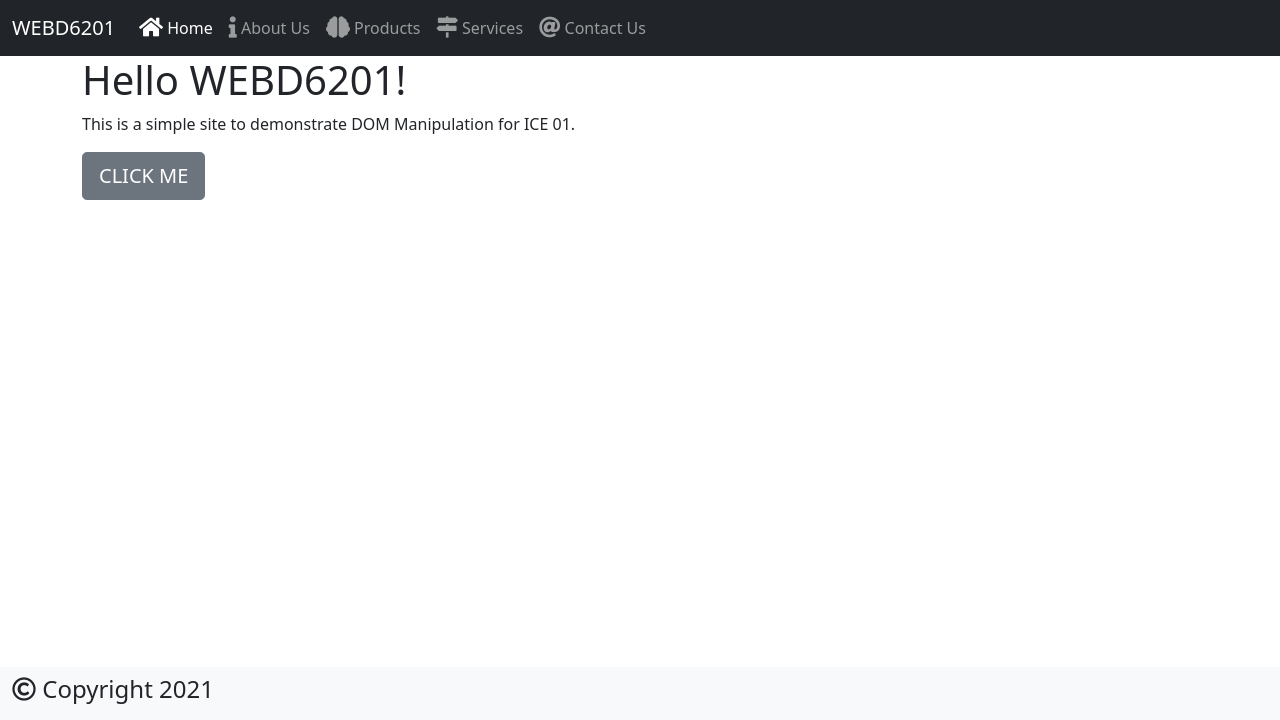
Repository: GarlicButterBoy/WEBD6201-Week1
Page: index.html
An editor plug-in stored every save of this project. The page is shown before and after the next save, followed by the edit.
The browser window is 1280 px wide. The pictures show the whole page.

Above is the page before, as saved 2021-01-20 09:42:09.

After the next save:
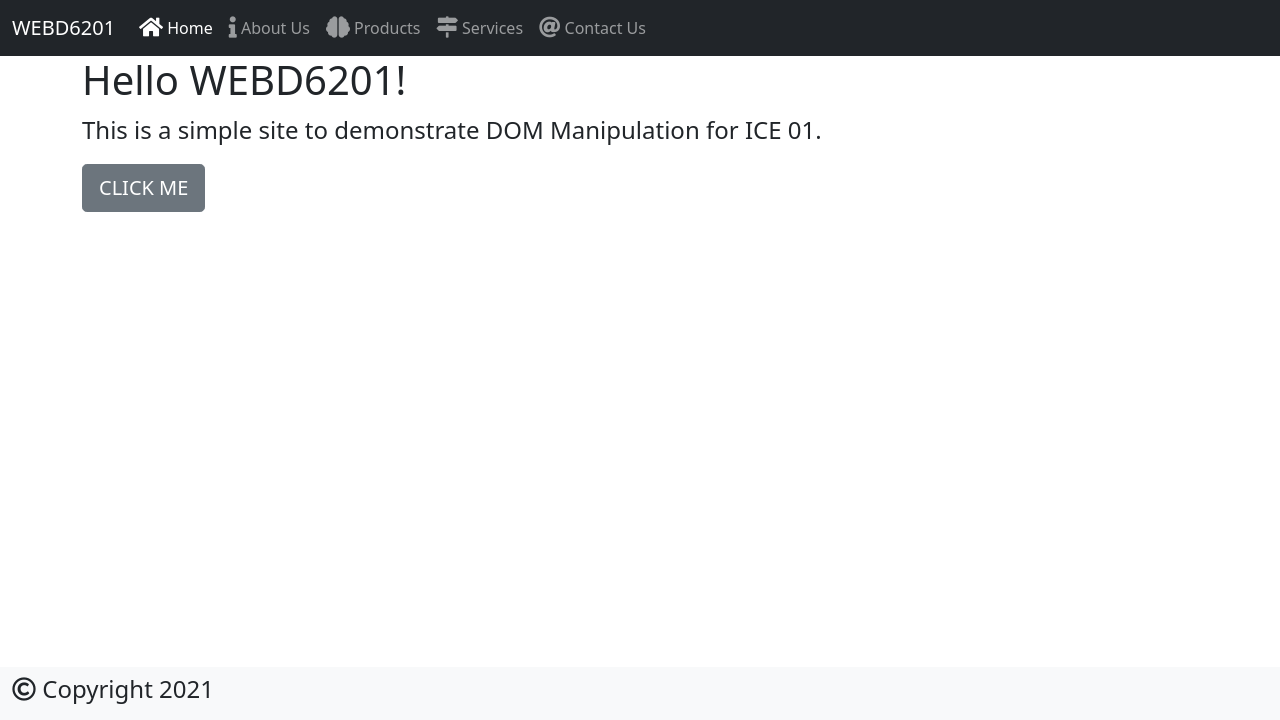
Saved 73 s later.
--- a/Scripts/app.js
+++ b/Scripts/app.js
@@ -20,7 +20,7 @@
 
        let paragraphOneElement = document.getElementById("paragraphOne");
 
-       paragraphOneElement.className = "";
+       paragraphOneElement.className = "fs-4";
        paragraphOneElement.textContent = paragraphOneText;
 
        for (let index = 0; index < 5; index++)

After the 2 saves that followed:
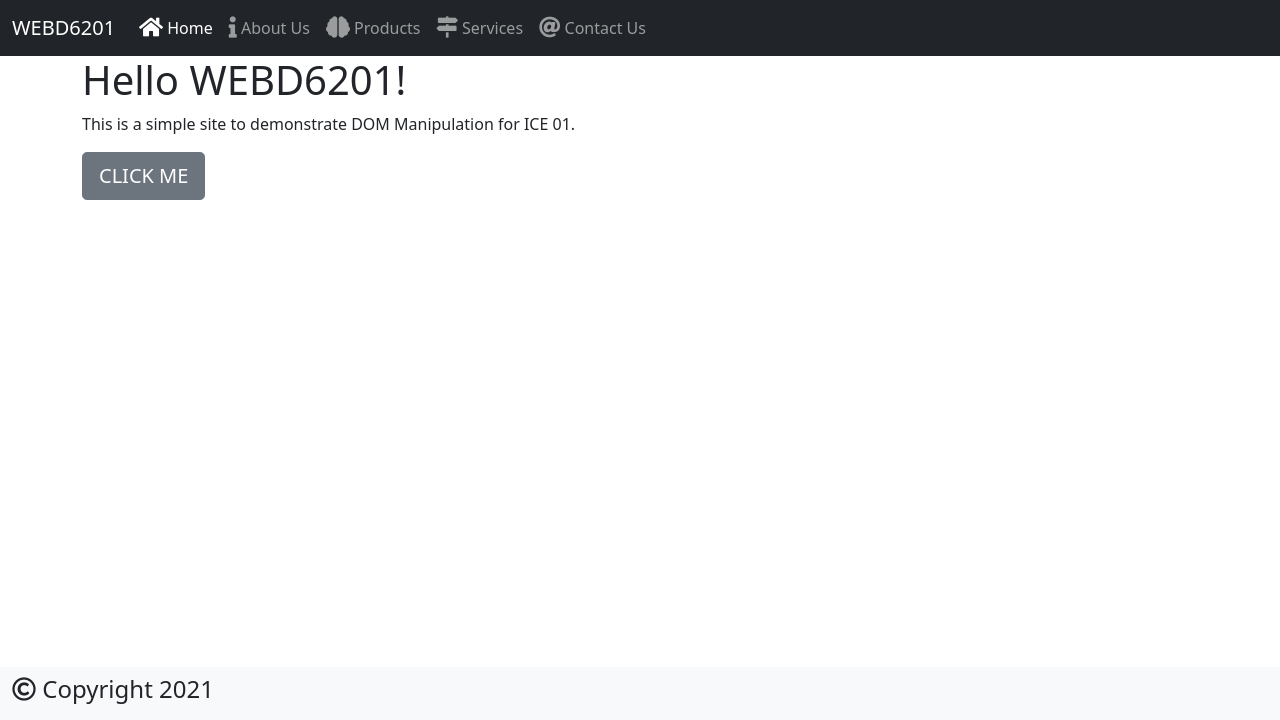
The 2 saves are shown as one change because they came seconds apart.
The last was saved 6 s later.
--- a/Scripts/app.js
+++ b/Scripts/app.js
@@ -20,7 +20,7 @@
 
        let paragraphOneElement = document.getElementById("paragraphOne");
 
-       paragraphOneElement.className = "fs-4";
+       paragraphOneElement.className = "fs-4; fw-bold;";
        paragraphOneElement.textContent = paragraphOneText;
 
        for (let index = 0; index < 5; index++)
